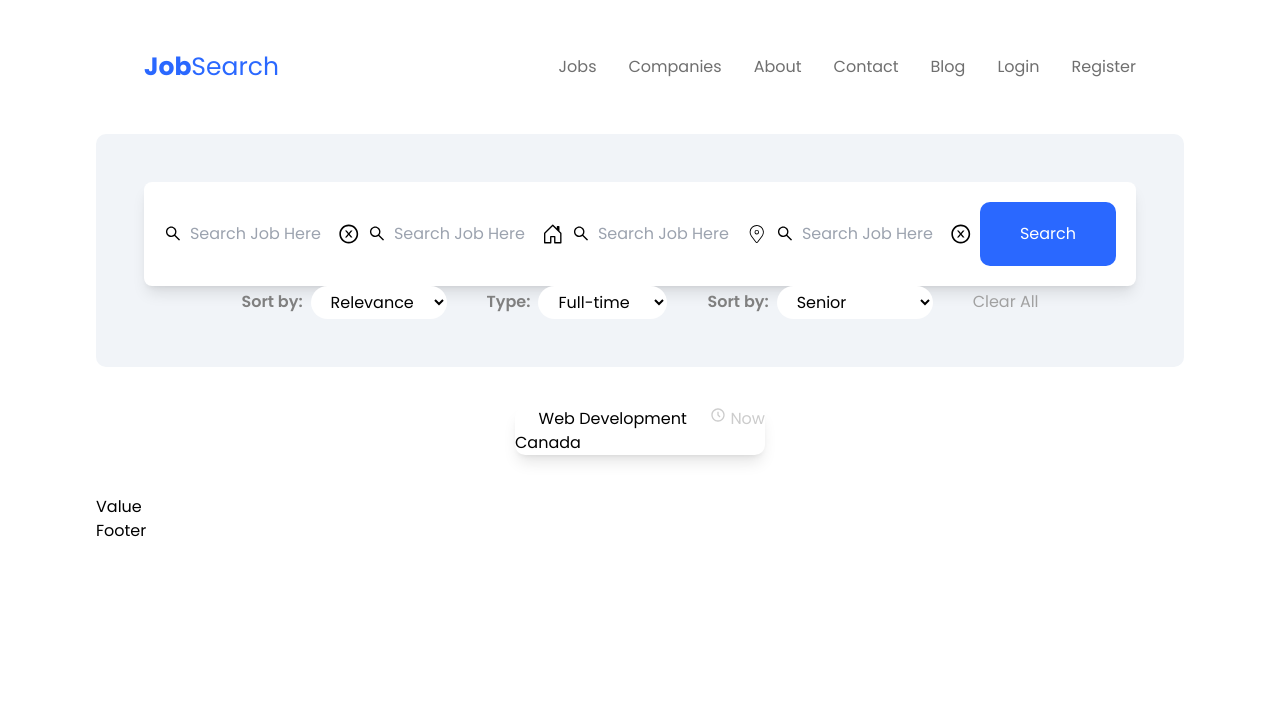
Repository: countaustin1990/Job-Search-website
Page: / (app in vite-project/)
These files come from the project's save history. The page is drawn as it stood at one moment and after the next save; the edit follows.
The browser window is 1280 px wide. The pictures show the whole page.
The project was rebuilt for these pictures with package versions that can differ from the ones it lists, and the page was loaded fresh each time. Also part of the build but not shown: vite-project/vite.config.js.

Above is the page before, as saved 2023-08-12 19:13:44.

### vite-project/index.html
<!doctype html>
<html lang="en">
  <head>
    <meta charset="UTF-8" />
    <link rel="icon" type="image/svg+xml" href="/vite.svg" />
    <meta name="viewport" content="width=device-width, initial-scale=1.0" />
    <title>Vite + React</title>
  </head>
  <body>
    <div id="root"></div>
    <script type="module" src="/src/main.jsx"></script>
  </body>
</html>

### vite-project/src/App.jsx
import NavBar from './components/NavBar'
import Job from './components/Job'
import Value from './components/Value'
import Search from './components/Search'
import Footer from './components/Footer'

const App = () => {
  return(
    <div className='w-[85%] m-auto bg-white'>
      <NavBar/>
      <Search/>
      <Job/>
      <Value/>
      <Footer/>
    </div>
  )
}



export default App

### vite-project/src/index.css
@import url("https://fonts.googleapis.com/css2?family=Poppins:wght@200;300;400;500;600;700;800;900&display=swap");

@tailwind base;
@tailwind components;
@tailwind utilities;

:root{
  font-family: 'Poppins', sans-serif;
}

body{
  background: white;
}

li{
  list-style: none;
  cursor: pointer;
  position: relative;
}

li:hover::before{
  position: absolute;
  content: '';
  height: 4px;
  width: 100%;
  background: #2a68ff;
  right: 0;
  bottom: -10px;
  color: #2a68ff;
}

.icon{
  cursor: pointer;
}

.card{
  background: #000;
}

### vite-project/src/components/NavBar.jsx


const NavBar = () => {
    return(
        <div className='navBar flex justify-between items-center p-[3rem]'>
            <div className="logoDiv">
                <h1 className='logo text-[25px] text-blueColor'>
                    <strong>Job</strong>Search
                </h1>
            </div>

            <div className="menu flex gap-8">
                <li className="menuList text-[#6f6f6f] hover:text-blueColor">Jobs</li>
                <li className="menuList text-[#6f6f6f] hover:text-blueColor">Companies</li>
                <li className="menuList text-[#6f6f6f] hover:text-blueColor">About</li>
                <li className="menuList text-[#6f6f6f] hover:text-blueColor">Contact</li>
                <li className="menuList text-[#6f6f6f] hover:text-blueColor">Blog</li>
                <li className="menuList text-[#6f6f6f] hover:text-blueColor">Login</li>
                <li className="menuList text-[#6f6f6f] hover:text-blueColor">Register</li>
            </div>

        </div>
    )
}

export default NavBar

### vite-project/src/components/Job.jsx
import { BiTimeFive } from 'react-icons/bi'


 const Job = () => {
    return(
        <div>

            <div className='jobContainer flex gap-10 justify-center flex-wrap items-center py-10'>

                <div className='group group/items singleJob w-[250px] bg-white rounded-[10px] hover:bg-blueColor shadow-lg shadow-greyIsh-400/700 hover:shadow-lg'>
                    <span className='flex justify-between items-center gap-4'>
                        <h1 className='text-[16px] font-semibold text-textColor group-hover:text-white'/>Web Development

                        <span className='flex item-center text-[#ccc] gap-1'>
                            <BiTimeFive/>Now
                        </span>
                    </span>

                    <h6 className='text-[#ccc]'/>Canada


                </div>
            </div>
        </div>
    )
 }

 export default Job

### vite-project/src/components/Value.jsx


const Value = () => {
    return(
        <div>Value</div>
    )
}

export default Value

### vite-project/src/components/Search.jsx
import { AiOutlineCloseCircle, AiOutlineSearch,  } from 'react-icons/ai'
import { BsHouseDoor } from 'react-icons/bs'
import { CiLocationOn } from 'react-icons/ci'


const Search = () => {
    return(
        <div className='SearchDiv grid gp-10 bg-greyIsh rounded-[10px] p-[3rem]'>
            <form action=''>
                <div className='firstDiv flex justified-between items-center rounded-[8px] gap-[10px] bg-white p-5 shadow-lg shadow-greyIsh-700'>
                    <div className='flex gap-2 items-center'>
                       <div className="flex gap-2 items-center">
                            <AiOutlineSearch className='text-[25px] icon'/>
                                <input type="text" className='bg-transparent text-blue-500 focus:outline-none w-[100%]' placeholder='Search Job Here'/>
                                    <AiOutlineCloseCircle className='text-[30px] text-[#a5a6a6 hover:text-textColor icon'/>
                        </div>


                       <div className="flex gap-2 items-center">
                            <AiOutlineSearch className='text-[25px] icon'/>
                                <input type="text" className='bg-transparent text-blue-500 focus:outline-none w-[100%]' placeholder='Search Job Here'/>
                                    <BsHouseDoor className='text-[30px] text-[#a5a6a6 hover:text-textColor icon'/>
                        </div>

                        <div className="flex gap-2 items-center">
                            <AiOutlineSearch className='text-[25px] icon'/>
                                <input type="text" className='bg-transparent text-blue-500 focus:outline-none w-[100%]' placeholder='Search Job Here'/>
                                    <CiLocationOn className='text-[30px] text-[#a5a6a6 hover:text-textColor icon'/>
                        </div>

                        <div className="flex gap-2 items-center">
                            <AiOutlineSearch className='text-[25px] icon'/>
                                <input type="text" className='bg-transparent text-blue-500 focus:outline-none w-[100%]' placeholder='Search Job Here'/>
                                    <AiOutlineCloseCircle className='text-[30px] text-[#a5a6a6 hover:text-textColor icon'/>
                        </div>

                        <button className='bg-blueColor h-full p-5 px-10 rounded-[10px] text-white cursor-pointer hover:bg-blue-300'>
                            Search
                        </button>
                    </div>
                </div>
            </form>

            <div className='secDiv flex items-center gap-10 justify-center'>
                <div className='singleSearch flex items-center gap-2'>
                    <label htmlFor='relevance' className='text-[#808080] font-semibold'>
                        Sort by:
                    </label>

                    <select name='' id='relevance' className='bg-white rounded-[34px] px-4 py-1'>
                        <option value=''>Relevance</option>
                        <option value=''>Inclusive</option>
                        <option value=''>Start with</option>
                        <option value=''>Contains</option>
                    </select>
                </div>

                <div className='singleSearch flex items-center gap-2'>
                    <label htmlFor='type' className='text-[#808080] font-semibold'>
                        Type:
                    </label>

                    <select name='' id='type' className='bg-white rounded-[34px] px-4 py-1'>
                        <option value=''>Full-time</option>
                        <option value=''>Remote</option>
                        <option value=''>Contract</option>
                        <option value=''>Part-time</option>
                    </select>
                </div>

                <div className='singleSearch flex items-center gap-2'>
                    <label htmlFor='level' className='text-[#808080] font-semibold'>
                        Sort by:
                    </label>

                    <select name='' id='level' className='bg-white rounded-[34px] px-4 py-1'>
                        <option value=''>Senior</option>
                        <option value=''>Intermediate</option>
                        <option value=''>Beginner</option>
                        <option value=''>Advocate</option>
                    </select>
                </div>

                <span className='text-[#a1a1a1] cursor-pointer'>
                    Clear All
                </span>

            </div>
        </div>
    )
}

export default Search

### vite-project/src/components/Footer.jsx


const Footer = () => {
    return(
        <div>Footer</div>
    )
}

export default Footer

### vite-project/tailwind.config.js
/** @type {import('tailwind').Config} */
export default {
  content: [
    "./index.html",
    "./src/**/*.{js,jsx}",
  ],
  theme: {
    extend: {
      colors: {
      'blueColor': '#2a68ff',
      'greyIsh': '#f1f4f8',
      'cardShadow': '#f7f8f9',
      'textColor': '#252b36',
      }
    },
  },
  plugins: [],
}

Loaded but not shown: vite-project/src/main.jsx (common file)

After the next save:
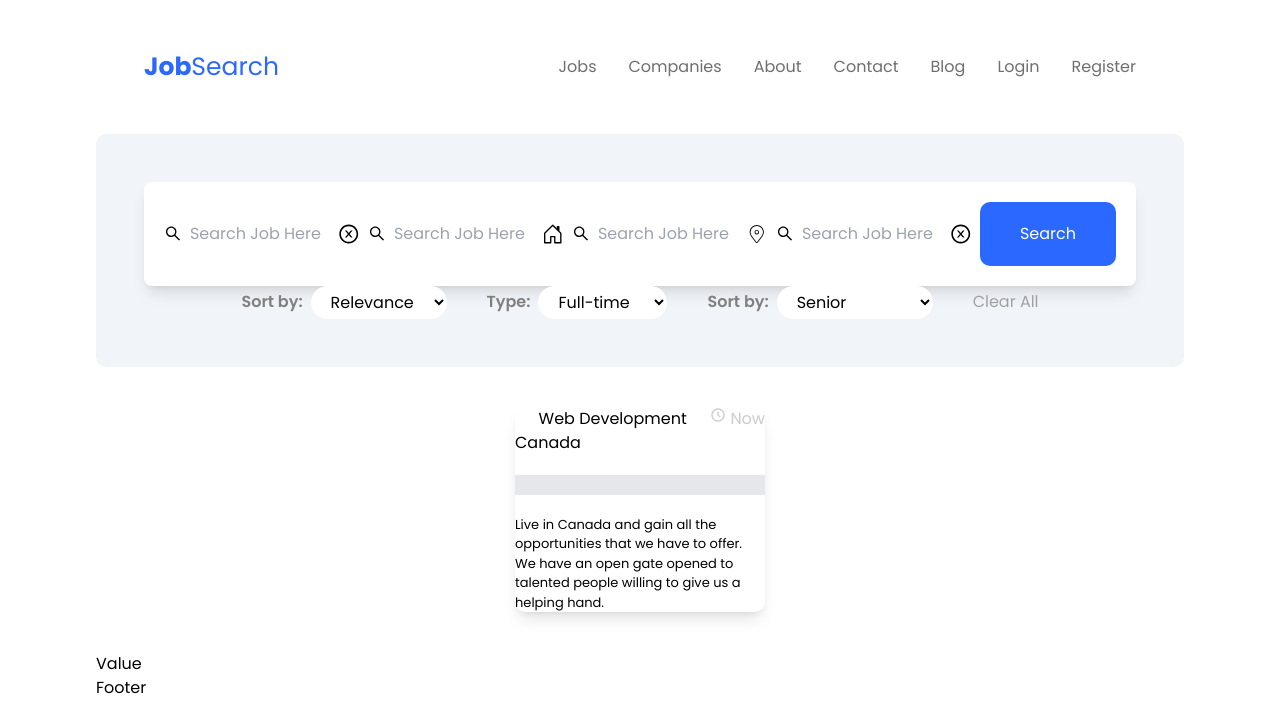
Saved 7 min 21 s later.
--- a/vite-project/src/components/Job.jsx
+++ b/vite-project/src/components/Job.jsx
@@ -18,6 +18,10 @@ import { BiTimeFive } from 'react-icons/bi'
 
                     <h6 className='text-[#ccc]'/>Canada
 
+                    <p className='text-[13px] text-[#95959] pt-[20px] border-t-[20px] mt-[20px] group-hover:text-white'>
+                        Live in Canada and gain all the opportunities that we have to offer. We have an open gate opened to talented people willing to give us a helping hand.
+                    </p>
+
 
                 </div>
             </div>
